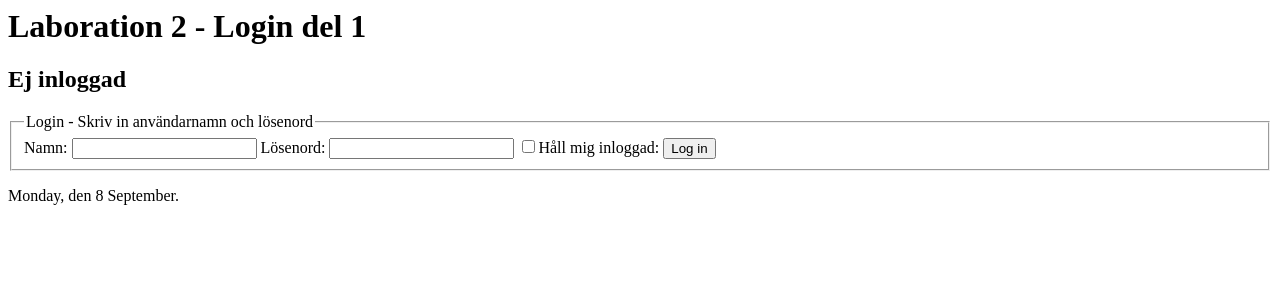
Repository: ed222an/1DV408-Laborationer
Page: http://localhost/
These files come from the project's save history. The page is drawn as it stood at one moment and after the next save; the edit follows.
The browser window is 1280 px wide. The pictures show the whole page.
The page is run by PHP 8.4 with error messages shown; the project is at /var/www/html/.

Above is the page before, as saved 2014-09-08 12:46:27.

After the next save:
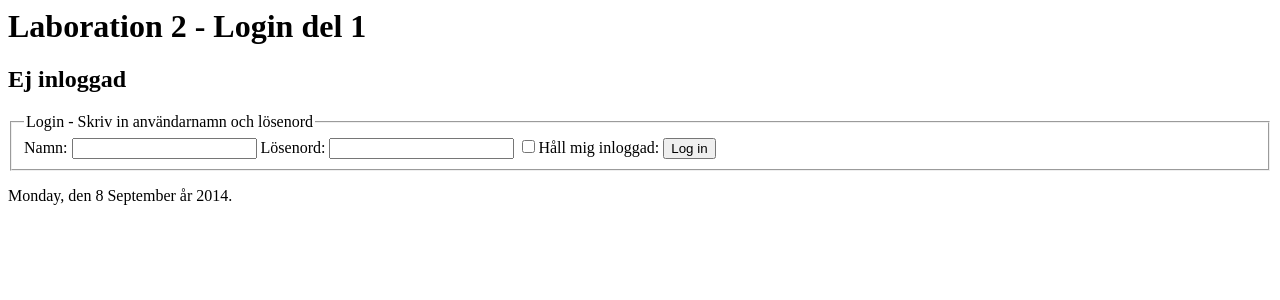
Saved 87 s later.
--- a/Labb2/Loginsystem/index.php
+++ b/Labb2/Loginsystem/index.php
@@ -25,7 +25,7 @@
 						<button type='submit' form='loginForm' value='Submit'>Log in</button>
 					</fieldset>
 				</form>
-				" . strftime('%A, den ' . $format . ' %B') . ".
+				" . strftime('%A, den ' . $format . ' %B år %G') . ".
 			</body>
 		</html>";
 	//date('l jS \of F Y h:i:s')
